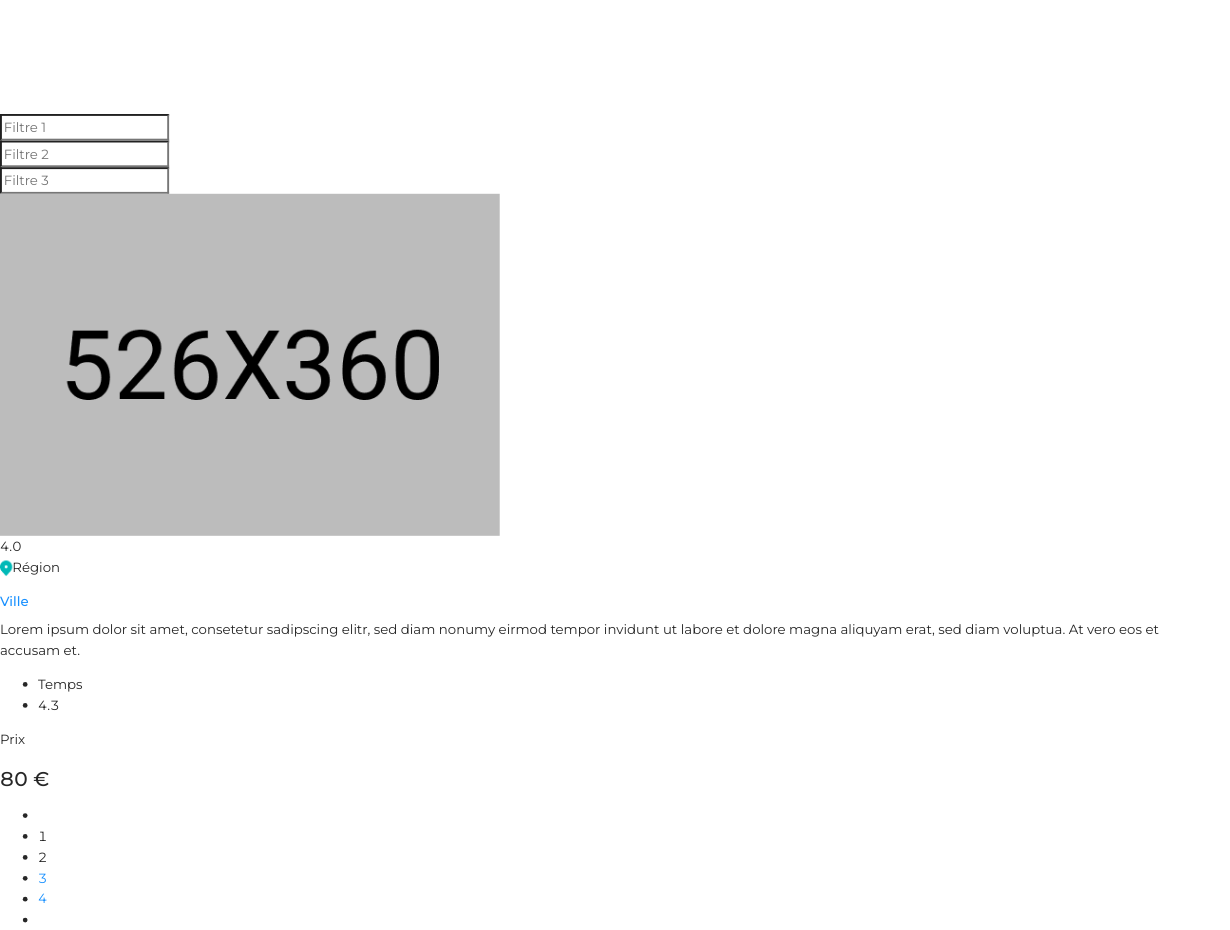
Repository: Emerson1220/projet-neofeel-lacapsule
Page: /roadPlanner (app in reactapp/)
An editor plug-in stored every save of this project. The page is shown before and after a run of saves, followed by the edit.
The browser window is 1280 px wide. The page is 1280 px wide, then 1295 px, so the pictures cover 1295 px, including what lies to the right of the window. The pictures show the whole page, at 95% of full size.
The project was rebuilt for these pictures with package versions that can differ from the ones it lists, and the page was loaded fresh each time. A package was used in the major version that the imports need, not the one package.json lists. Also part of the build but not shown: reactapp/src/Nav.js, reactapp/src/ScreenHome.js.

Above is the page before, as saved 2021-05-18 08:49:38.

### reactapp/src/App.js
import './App.css';
import Nav from './Nav'
import {BrowserRouter as Router, Switch, Route} from 'react-router-dom'

import ScreenHome from './ScreenHome';
import ScreenRoadPlanner from './screens/ScreenRoadPlanner';

function App() {
  return (



    // <SearchPage></SearchPage>
      <Router>
        <Switch>
          <Route component={ScreenHome} path="/" exact />
          <Route component={ScreenRoadPlanner} path="/roadPlanner"  />
          {/* <Route component={ScreenConnexion} path="/connexion"  />
          <Route component={ScreenSearch} path="/recherche"  />
          <Route component={ScreenInfo} path="/info"  />
          <Route component={ScreenPartner} path="/partenaire"  />
          <Route component={ScreenRoadPlanner} path="/roadPlanner"  />
          <Route component={ScreenTrips} path="/voyages"  />
          <Route component={ScreenProfil} path="/profil"  />
          <Route component={ScreenBasket} path="/panier"  />
          <Route component={ScreenSuggestion} path="/suggestion"  /> */}
        </Switch>
      </Router>

  );
}

export default App;

### reactapp/src/App.css
@import '~antd/dist/antd.css';
@import url('https://fonts.googleapis.com/css2?family=Montserrat:ital,wght@0,200;0,300;0,400;0,500;0,600;0,700;1,400;1,600&display=swap');

* {
  font-family: 'Montserrat', sans-serif;
}

.App {
  text-align: center;
}

.App-logo {
  height: 40vmin;
  pointer-events: none;
}

@media (prefers-reduced-motion: no-preference) {
  .App-logo {
    animation: App-logo-spin infinite 20s linear;
  }
}

.App-header {
  background-color: #282c34;
  min-height: 100vh;
  display: flex;
  flex-direction: column;
  align-items: center;
  justify-content: center;
  font-size: calc(10px + 2vmin);
  color: white;
}

.App-link {
  color: #61dafb;
}

@keyframes App-logo-spin {
  from {
    transform: rotate(0deg);
  }
  to {
    transform: rotate(360deg);
  }
}
/* CSS NAVBAR _______________________*/



.h1-montserrat {
  width: auto; /* 366px */
  height: auto; /* 58px */
  overflow: visible;
  white-space: pre;
  letter-spacing: 0px;
  line-height: 1.2;
  color: #106271;
  font-weight: 700;
  font-family: "Inter-Bold", "Inter", sans-serif;
  font-size: 48px;
}

.devenezPartenaireButton{

background-color: #e06868;
overflow: visible;
  white-space: pre;
  letter-spacing: 0px;
line-height: 1.2;
  color: #ffffff;
  font-weight: 700;
  font-family: "Inter-Bold", "Inter", sans-serif;
width: 150px;
height: 50px;
left: 971px;
top: 40px;
border-radius: 5px;
}

.listNav{
  color: #106271;
  margin: 0px 0px;
}

### reactapp/src/screens/ScreenRoadPlanner.js
import React from 'react';
import '../App.css';
import { Button } from 'antd';
import { Link } from 'react-router-dom';
import Nav from '../Nav'

function ScreenRoadPlanner() {

    return (	<div style={{ paddingTop:'120px' }}>

                <div style={ styles.container }>

                    <div tyle={ styles.row }>

                        <div className="col-xl-9 col-lg-8 order-lg-12">
                            <div className="tp-tour-list-search-area"> {/* Filters */}
                                <div className="row">
                                    <div className="col-xl-3 col-sm-6">
                                        <label className="single-input-wrap tour-list-search-icon">
                                        <i className="la la-arrow-up" />
                                        <input type="text" placeholder="Filtre 1" />
                                        </label>
                                    </div>

                                    <div className="col-xl-3 col-sm-6">
                                        <label className="single-input-wrap tour-list-search-icon">
                                        <i className="la la-arrow-down" />
                                        <input type="text" placeholder="Filtre 2" />
                                        </label>
                                    </div>

                                    <div className="col-xl-3 col-sm-6">
                                        <label className="single-input-wrap">
                                        <i className="fa fa-paper-plane" />
                                        <input type="text" placeholder="Filtre 3" />
                                        </label>
                                    </div>
                                </div>
                            </div> {/* End -> ButtonFilters */}

                            <div className="tour-list-area"> {/* Container -> Card expérience */}
                                <div className="single-destinations-list style-three"> {/* Card expérience */}
                                    <div className="thumb">
                                        <img src="images/photo-526x360.png" alt="list" />
                                    </div>
                                    <div className="details">
                                        <div className="tp-review-meta">
                                            <i className="ic-yellow fa fa-star" />
                                            <i className="ic-yellow fa fa-star" />
                                            <i className="ic-yellow fa fa-star" />
                                            <i className="ic-yellow fa fa-star" />
                                            <i className="fa fa-star" />
                                            <span>4.0</span>
                                        </div>

                                        <p className="location"><img src="images/icone-geo.png" alt="map" />Région</p>
                                        <h4 className="title"><Link to="/tour-details">Ville</Link></h4>
                                        <p className="content">Lorem ipsum dolor sit amet, consetetur sadipscing elitr, sed diam nonumy eirmod tempor invidunt ut labore et dolore magna aliquyam erat, sed diam voluptua. At vero eos et accusam et.</p>

                                        <div className="list-price-meta">
                                            <ul className="tp-list-meta d-inline-block">
                                                <li><i className="fa fa-clock-o" /> Temps</li>
                                                <li><i className="fa fa-star" /> 4.3</li>
                                            </ul>
                                            <div className="tp-price-meta d-inline-block">
                                                <p>Prix</p>
                                                <h2>80 <span>€</span></h2>
                                            </div>
                                        </div>
                                    </div>
                                </div> {/* End -> Card expérience */}
                            </div> {/* End -> Container -> Card expérience */}


                            <div className="text-md-center text-left"> {/* Pagination */}
                                <div className="tp-pagination text-md-center text-left d-inline-block mt-4">
                                    <ul>
                                        <li><a className="prev page-numbers" href="#"><i className="la la-long-arrow-left" /></a></li>
                                        <li><span className="page-numbers">1</span></li>
                                        <li><span className="page-numbers current">2</span></li>
                                        <li><a className="page-numbers" href="#">3</a></li>
                                        <li><a className="page-numbers" href="#">4</a></li>
                                        <li><a className="next page-numbers" href="#"><i className="la la-long-arrow-right" /></a></li>
                                    </ul>
                                </div>
                            </div>{/* End -> Pagination */}
                        </div>
                    </div>
                </div>
            </div>
    )
};

let styles = {
    container: {
        width: '100%',
        paddingright: '15px',
        paddingleft: '15px',
        marginright: 'auto',
        marginleft: 'auto',
    },

    row:{
        display: 'flex',
        flexWrap: 'wrap',
        marginRight: '-15px',
        marginLeft: '-15px',
    }



}





export default ScreenRoadPlanner;

Loaded but not shown: reactapp/public/index.html (common file); reactapp/src/index.js (common file); reactapp/src/index.css (common file); reactapp/src/reportWebVitals.js (common file)

After the next 2 saves:
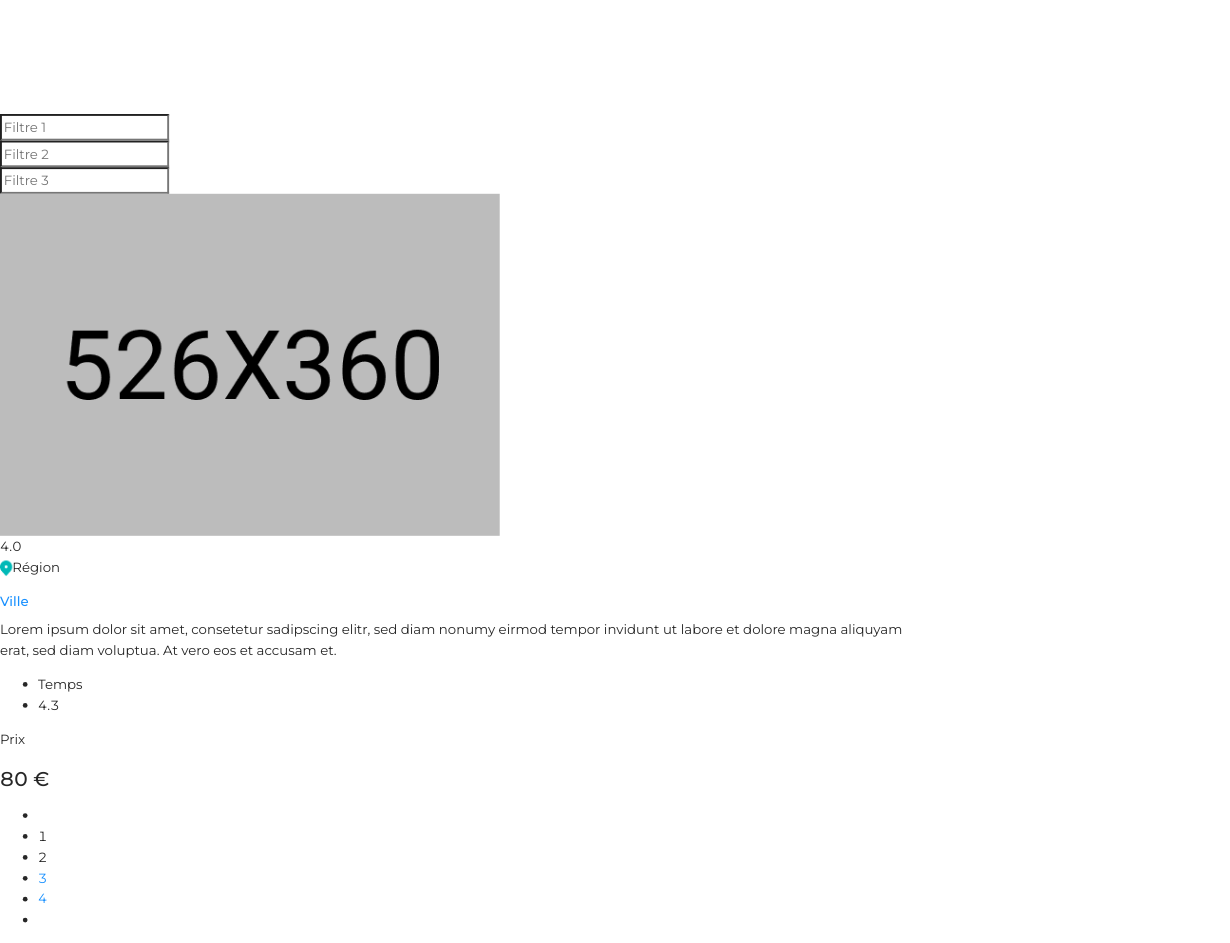
The 2 saves are shown as one change because 1 did not build or start.
The last was saved 3 min 40 s later.
--- a/reactapp/src/screens/ScreenRoadPlanner.js
+++ b/reactapp/src/screens/ScreenRoadPlanner.js
@@ -10,9 +10,9 @@ function ScreenRoadPlanner() {
 
                 <div style={ styles.container }>
 
-                    <div tyle={ styles.row }>
+                    <div style={ styles.row }>
 
-                        <div className="col-xl-9 col-lg-8 order-lg-12">
+                        <div style={ styles.col }>
                             <div className="tp-tour-list-search-area"> {/* Filters */}
                                 <div className="row">
                                     <div className="col-xl-3 col-sm-6">
@@ -105,11 +105,22 @@ let styles = {
         flexWrap: 'wrap',
         marginRight: '-15px',
         marginLeft: '-15px',
+    },
+
+    col:{
+        position: 'relative',
+        flex: '0 0 75%',
+        maxWidth: '75%',
+        width: '100%',
+        minHeight: '1px',
+        paddingRight: '15px',
+        paddingLeft: '15px',
+        }
     }
 
 
 
-}
+
 
 
 
